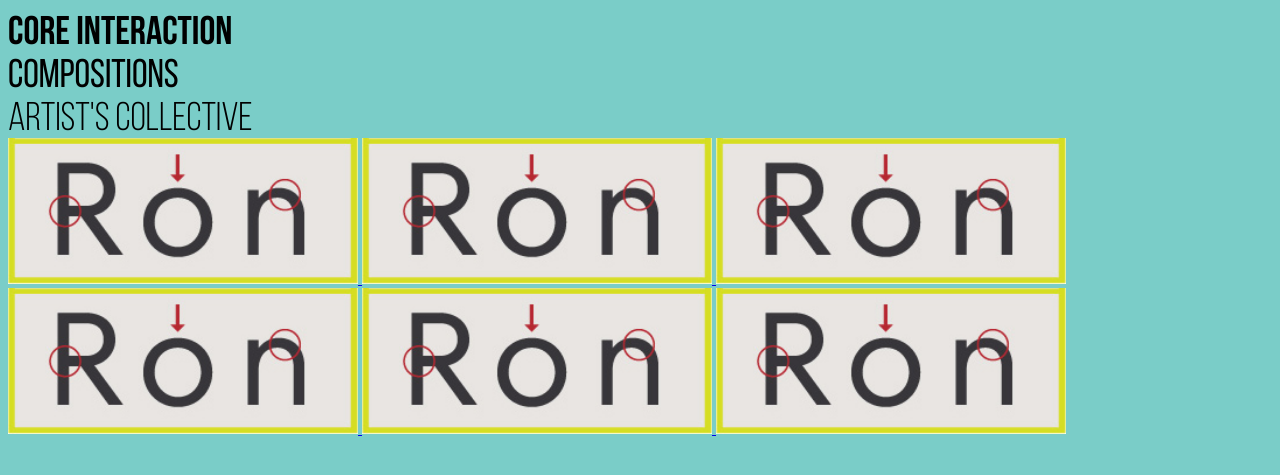
Repository: diasm568/diasm568.github.io
Page: lab/archive/index.html
The author's editor kept a record of every edit. The page is drawn from the files as they stood at one moment, then again after the next edit.
The browser window is 1280 px wide. The pictures show the whole page.

Above is the page before.

### lab/archive/index.html
<!DOCTYPE html>

<html>

<link href="styles.css" rel="stylesheet" type="text/css">

<title>Composition Archive</title>

<link rel="shortcut icon" type="image/png" href="../studio/favicon2.jpg"/>

<head>

	<p1>Core Interaction</p1>
        <br>
	<p2>Compositions</p2>
        <br>
	<p3>Artist's Collective</p3>
        <br>
</head>

<body>

    <a href="#geometric" class= "post" style= top:10px;>
        <img src="geometric.jpg" alt="home" style="width:350px;height:146px">
    </a>

    <a href="#geometric" class= "post" style= top:10px;>
        <img src="geometric.jpg" alt="home" style="width:350px;height:146px">
    </a>

    <a href="#geometric" class= "post" style= top:10px;>
        <img src="geometric.jpg" alt="home" style="width:350px;height:146px">
    </a>

    <a href="#geometric" class= "post" style= top:10px;>
        <img src="geometric.jpg" alt="home" style="width:350px;height:146px">
    </a>

    <a href="#geometric" class= "post" style= top:10px;>
        <img src="geometric.jpg" alt="home" style="width:350px;height:146px">
    </a>

    <a href="#geometric" class= "post" style= top:10px;>
        <img src="geometric.jpg" alt="home" style="width:350px;height:146px">
    </a>

</body>

</html>

### lab/archive/styles.css
body {
    background-color: #7acdc8;
}

@font-face {
    font-family: bebasNeueBold;
    src: url('bebasNeueBold-webfont.ttf') format('truetype');
}

@font-face {
    font-family: bebasNeueBook;
    src: url('bebasNeueBook-webfont.ttf') format('truetype');
}

@font-face {
    font-family: bebasNeueRegular;
    src: url('bebasNeueRegular-webfont.ttf') format('truetype');
}

p1 {
    font-family: bebasNeueBold;
    font-size: 40px;
}

p2 {
    font-family: bebasNeueRegular;
    font-size: 40px;
}

p3 {
    font-family: bebasNeueBook;
    font-size: 40px;
}

After the next edit:
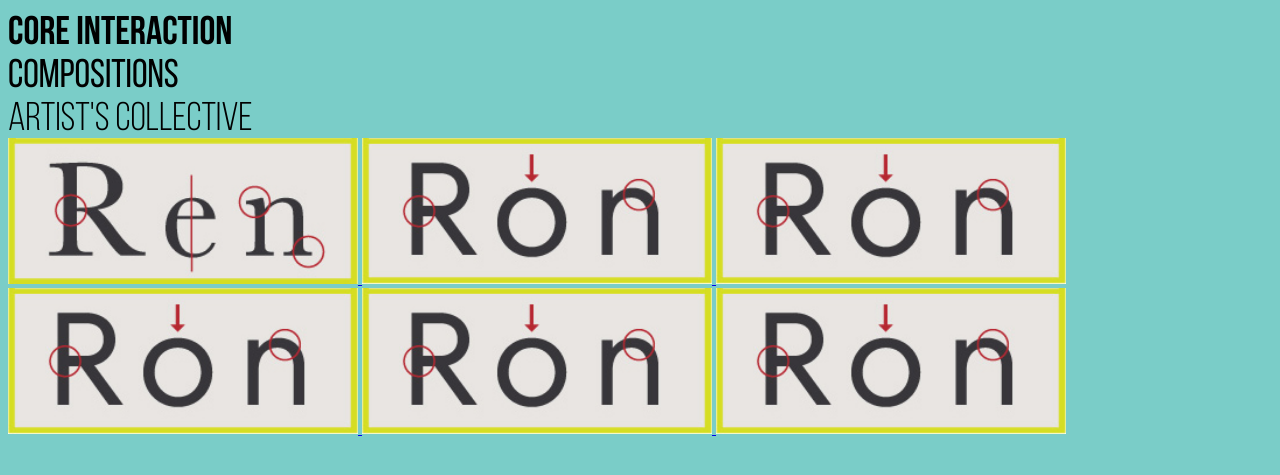
The edit:
--- a/lab/archive/index.html
+++ b/lab/archive/index.html
@@ -20,8 +20,8 @@
 
 <body>
 
-    <a href="#geometric" class= "post" style= top:10px;>
-        <img src="geometric.jpg" alt="home" style="width:350px;height:146px">
+    <a href="#transitional" class= "post" style= top:10px;>
+        <img src="transitional.jpg" alt="home" style="width:350px;height:146px">
     </a>
 
     <a href="#geometric" class= "post" style= top:10px;>
